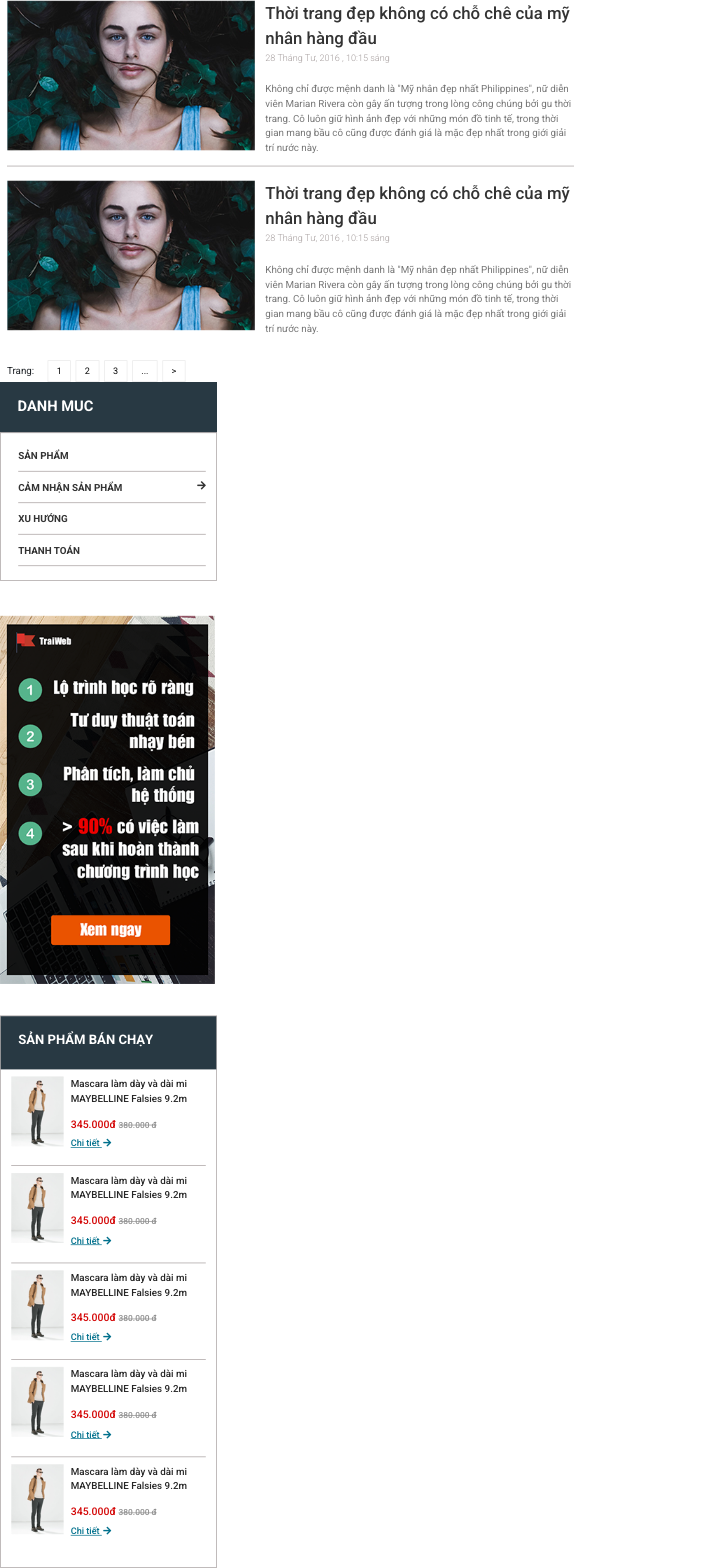
Repository: vinhtk0209/Vietsoz-reponsive
Page: index.html
An editor plug-in stored every save of this project. The page is shown before and after the next save, followed by the edit.
The browser window is 1024 px wide. The pictures show the part of the page from y = 1754 to 3994 px (the page is 3994 px tall before and 3440 px after), at 70% of full size.

Above is the page before, as saved 2021-10-23 18:06:40.

### index.html
<!DOCTYPE html>
<html lang="en">
  <head>
    <meta charset="UTF-8" />
    <meta http-equiv="X-UA-Compatible" content="IE=edge" />
    <meta name="viewport" content="width=device-width, initial-scale=1.0" />
    <link rel="stylesheet" href="assets/css/reset.css" />
    <link rel="stylesheet" href="assets/css/global.css" />
    <link rel="stylesheet" href="assets/css/main.css" />
    <link rel="stylesheet" href="assets/fontawesome/css/all.css" />
    <link rel="stylesheet" href="assets/css/reponsive.css" />
    <link rel="preconnect" href="https://fonts.googleapis.com" />
    <link rel="preconnect" href="https://fonts.gstatic.com" crossorigin />
    <link
      href="https://fonts.googleapis.com/css2?family=Roboto:ital,wght@0,100;0,300;0,400;0,500;0,700;0,900;1,100;1,300;1,400;1,500;1,700;1,900&display=swap"
      rel="stylesheet"
    />
    <link rel="preconnect" href="https://fonts.googleapis.com" />
    <link rel="preconnect" href="https://fonts.gstatic.com" crossorigin />
    <link
      href="https://fonts.googleapis.com/css2?family=Roboto+Condensed:ital,wght@0,300;0,400;0,700;1,300;1,400;1,700&display=swap"
      rel="stylesheet"
    />
    <div id="fb-root"></div>
    <script
      async
      defer
      crossorigin="anonymous"
      src="https://connect.facebook.net/vi_VN/sdk.js#xfbml=1&version=v11.0"
      nonce="ecJjSUD8"
    ></script>
    <script
      src="https://code.jquery.com/jquery-3.6.0.js"
      integrity="sha256-H+K7U5CnXl1h5ywQfKtSj8PCmoN9aaq30gDh27Xc0jk="
      crossorigin="anonymous"
    ></script>
    <title>VIESOZ</title>
  </head>

  <body>
    <!-- wrapper starts -->
    <div class="wrapper">
      <!-- header starts -->
      <header class="header">
        <div class="container">
          <div
            class="wp-header-top d-flex align-i-center justify-content-between"
          >
            <div class="header-banner">
              <img src="assets/images/logo.png" alt="" />
            </div>
            <nav class="header-main-menu">
              <ul class="d-flex main-menu">
                <li><a href="">trang chủ</a></li>
                <li><a href="">về chúng tôi</a></li>
                <li class="product-have-menu">
                  <a href=""
                    >sản phẩm
                    <span class="arrow-down"
                      ><i class="fas fa-chevron-down"></i></span
                  ></a>
                </li>

                <li><a href="">xu hướng</a></li>
                <li><a href="">thanh toán</a></li>
                <li><a href="">liên hệ</a></li>
              </ul>
            </nav>
            <nav class="header-main-menu reponsive">
              <ul class="main-menu sub">
                <li><a href="">trang chủ</a></li>
                <li><a href="">về chúng tôi</a></li>
                <li class="product-have-menu">
                  <a href="">sản phẩm </a>
                </li>

                <li><a href="">xu hướng</a></li>
                <li><a href="">thanh toán</a></li>
                <li><a href="">liên hệ</a></li>
              </ul>
            </nav>
            <ul class="icon-menu d-flex">
              <li>
                <a href=""
                  ><span class="search"><i class="fas fa-search"></i></span
                ></a>
              </li>
              <li>
                <a href="" class="shopping-cart"
                  ><span class="icon-cart"
                    ><i class="fas fa-shopping-bag"></i></span
                ></a>
              </li>
            </ul>
            <div class="nav-bar">
              <i class="fas fa-bars"></i>
            </div>
          </div>
        </div>
        <div class="wp-head-extra-menu">
          <ul class="list-menu-header-extra d-flex container">
            <li>
              <a href="">
                <span class="home-icon">
                  <i class="fas fa-home"></i>
                </span>
              </a>
            </li>

            <li class="home-text">
              <a href="">trang chủ</a>
            </li>
            <li>
              <a href="">
                <span class="arrow-righ">
                  <i class="fas fa-arrow-right"></i>
                </span>
              </a>
            </li>
            <li class="trend">
              <a href="">Xu hướng</a>
            </li>
          </ul>
        </div>
      </header>
      <!-- header ends -->

      <!-- content starts -->
      <div id="content">
        <!-- wp-content starts -->
        <div class="container d-flex justify-content-between box-content">
          <div class="wp-content-news">
            <ul class="list-news">
              <li>
                <div class="image-news">
                  <a href="">
                    <img src="assets/images/photo-92222.png" alt="" />
                  </a>
                </div>
                <div class="more-info">
                  <a href="" class="title"
                    >Thời trang đẹp không có chỗ chê của mỹ nhân hàng đầu
                  </a>
                  <p class="date">28 Tháng Tư, 2016 , 10:15 sáng</p>
                  <p class="content">
                    Không chỉ được mệnh danh là "Mỹ nhân đẹp nhất Philippines",
                    nữ diễn viên Marian Rivera còn gây ấn tượng trong lòng công
                    chúng bởi gu thời trang. Cô luôn giữ hình ảnh đẹp với những
                    món đồ tinh tế, trong thời gian mang bầu cô cũng được đánh
                    giá là mặc đẹp nhất trong giới giải trí nước này.
                  </p>
                </div>
              </li>
              <li>
                <div class="image-news">
                  <a href="">
                    <img src="assets/images/photo-92222.png" alt="" />
                  </a>
                </div>
                <div class="more-info">
                  <a href="" class="title"
                    >Thời trang đẹp không có chỗ chê của mỹ nhân hàng đầu
                  </a>
                  <p class="date">28 Tháng Tư, 2016 , 10:15 sáng</p>
                  <p class="content">
                    Không chỉ được mệnh danh là "Mỹ nhân đẹp nhất Philippines",
                    nữ diễn viên Marian Rivera còn gây ấn tượng trong lòng công
                    chúng bởi gu thời trang. Cô luôn giữ hình ảnh đẹp với những
                    món đồ tinh tế, trong thời gian mang bầu cô cũng được đánh
                    giá là mặc đẹp nhất trong giới giải trí nước này.
                  </p>
                </div>
              </li>
              <li>
                <div class="image-news">
                  <a href="">
                    <img src="assets/images/photo-92222.png" alt="" />
                  </a>
                </div>
                <div class="more-info">
                  <a href="" class="title"
                    >Thời trang đẹp không có chỗ chê của mỹ nhân hàng đầu
                  </a>
                  <p class="date">28 Tháng Tư, 2016 , 10:15 sáng</p>
                  <p class="content">
                    Không chỉ được mệnh danh là "Mỹ nhân đẹp nhất Philippines",
                    nữ diễn viên Marian Rivera còn gây ấn tượng trong lòng công
                    chúng bởi gu thời trang. Cô luôn giữ hình ảnh đẹp với những
                    món đồ tinh tế, trong thời gian mang bầu cô cũng được đánh
                    giá là mặc đẹp nhất trong giới giải trí nước này.
                  </p>
                </div>
              </li>
              <li>
                <div class="image-news">
                  <a href="">
                    <img src="assets/images/photo-92222.png" alt="" />
                  </a>
                </div>
                <div class="more-info">
                  <a href="" class="title"
                    >Thời trang đẹp không có chỗ chê của mỹ nhân hàng đầu
                  </a>
                  <p class="date">28 Tháng Tư, 2016 , 10:15 sáng</p>
                  <p class="content">
                    Không chỉ được mệnh danh là "Mỹ nhân đẹp nhất Philippines",
                    nữ diễn viên Marian Rivera còn gây ấn tượng trong lòng công
                    chúng bởi gu thời trang. Cô luôn giữ hình ảnh đẹp với những
                    món đồ tinh tế, trong thời gian mang bầu cô cũng được đánh
                    giá là mặc đẹp nhất trong giới giải trí nước này.
                  </p>
                </div>
              </li>
              <li>
                <div class="image-news">
                  <a href="">
                    <img src="assets/images/photo-92222.png" alt="" />
                  </a>
                </div>
                <div class="more-info">
                  <a href="" class="title"
                    >Thời trang đẹp không có chỗ chê của mỹ nhân hàng đầu
                  </a>
                  <p class="date">28 Tháng Tư, 2016 , 10:15 sáng</p>
                  <p class="content">
                    Không chỉ được mệnh danh là "Mỹ nhân đẹp nhất Philippines",
                    nữ diễn viên Marian Rivera còn gây ấn tượng trong lòng công
                    chúng bởi gu thời trang. Cô luôn giữ hình ảnh đẹp với những
                    món đồ tinh tế, trong thời gian mang bầu cô cũng được đánh
                    giá là mặc đẹp nhất trong giới giải trí nước này.
                  </p>
                </div>
              </li>
              <li>
                <div class="image-news">
                  <a href="">
                    <img src="assets/images/photo-92222.png" alt="" />
                  </a>
                </div>
                <div class="more-info">
                  <a href="" class="title"
                    >Thời trang đẹp không có chỗ chê của mỹ nhân hàng đầu
                  </a>
                  <p class="date">28 Tháng Tư, 2016 , 10:15 sáng</p>
                  <p class="content">
                    Không chỉ được mệnh danh là "Mỹ nhân đẹp nhất Philippines",
                    nữ diễn viên Marian Rivera còn gây ấn tượng trong lòng công
                    chúng bởi gu thời trang. Cô luôn giữ hình ảnh đẹp với những
                    món đồ tinh tế, trong thời gian mang bầu cô cũng được đánh
                    giá là mặc đẹp nhất trong giới giải trí nước này.
                  </p>
                </div>
              </li>
              <li>
                <div class="image-news">
                  <a href="">
                    <img src="assets/images/photo-92222.png" alt="" />
                  </a>
                </div>
                <div class="more-info">
                  <a href="" class="title"
                    >Thời trang đẹp không có chỗ chê của mỹ nhân hàng đầu
                  </a>
                  <p class="date">28 Tháng Tư, 2016 , 10:15 sáng</p>
                  <p class="content">
                    Không chỉ được mệnh danh là "Mỹ nhân đẹp nhất Philippines",
                    nữ diễn viên Marian Rivera còn gây ấn tượng trong lòng công
                    chúng bởi gu thời trang. Cô luôn giữ hình ảnh đẹp với những
                    món đồ tinh tế, trong thời gian mang bầu cô cũng được đánh
                    giá là mặc đẹp nhất trong giới giải trí nước này.
                  </p>
                </div>
              </li>
              <li>
                <div class="image-news">
                  <a href="">
                    <img src="assets/images/photo-92222.png" alt="" />
                  </a>
                </div>
                <div class="more-info">
                  <a href="" class="title"
                    >Thời trang đẹp không có chỗ chê của mỹ nhân hàng đầu
                  </a>
                  <p class="date">28 Tháng Tư, 2016 , 10:15 sáng</p>
                  <p class="content">
                    Không chỉ được mệnh danh là "Mỹ nhân đẹp nhất Philippines",
                    nữ diễn viên Marian Rivera còn gây ấn tượng trong lòng công
                    chúng bởi gu thời trang. Cô luôn giữ hình ảnh đẹp với những
                    món đồ tinh tế, trong thời gian mang bầu cô cũng được đánh
                    giá là mặc đẹp nhất trong giới giải trí nước này.
                  </p>
                </div>
              </li>
            </ul>
            <!-- num pages starts -->
            <div class="nums-page">
              <ul class="pages-num d-flex align-i-center">
                <li>trang:</li>
                <li><a href="">1</a></li>
                <li><a href="">2</a></li>
                <li><a href="">3</a></li>
                <li><a href="">...</a></li>
                <li><a href="">></a></li>
              </ul>
            </div>
            <!-- num pages ends -->
        </div>
        <!-- wp-content ends -->

        <!-- sidebar starts -->
        <div class="wp-content-list-caterory">
          <div class="box-caterory">
            <div class="box-title">
              <h3>danh muc</h3>
            </div>
            <div class="box-body">
              <ul>
                <li><a href="">sản phẩm</a></li>
                <li>
                  <a href=""
                    >cảm nhận sản phẩm
                    <span class="arrow-right"
                      ><i class="fas fa-arrow-right"></i></span
                  ></a>
                </li>
                <li><a href="">xu hướng</a></li>
                <li><a href="">thanh toán</a></li>
              </ul>
            </div>
          </div>
          <div class="box-banner">
            <a href="">
              <img src="assets/images/banner-02.png" alt="" />
            </a>
          </div>
          <div class="list-product">
            <div class="box-product">
              <div class="box-title">
                <h3>sản phẩm bán chạy</h3>
              </div>
              <div class="box-body">
                <ul>
                  <li>
                    <div class="image-product">
                      <a href="">
                        <img src="assets/images/Layer_9_copy.png" alt="" />
                      </a>
                    </div>
                    <div class="info-product">
                      <a href="" class="title">
                        Mascara làm dày và dài mi MAYBELLINE Falsies 9.2m
                      </a>
                      <p class="price">
                        345.000đ
                        <span class="discount"><del>380.000 đ</del></span>
                      </p>

                      <a href="" class="details"
                        >Chi tiết
                        <span class="buy-arrow-right"
                          ><i class="fas fa-arrow-right"></i></span
                      ></a>
                    </div>
                  </li>
                  <li>
                    <div class="image-product">
                      <a href="">
                        <img src="assets/images/Layer_9_copy.png" alt="" />
                      </a>
                    </div>
                    <div class="info-product">
                      <a href="" class="title">
                        Mascara làm dày và dài mi MAYBELLINE Falsies 9.2m
                      </a>
                      <p class="price">
                        345.000đ
                        <span class="discount"><del>380.000 đ</del></span>
                      </p>

                      <a href="" class="details"
                        >Chi tiết
                        <span class="buy-arrow-right"
                          ><i class="fas fa-arrow-right"></i></span
                      ></a>
                    </div>
                  </li>
                  <li>
                    <div class="image-product">
                      <a href="">
                        <img src="assets/images/Layer_9_copy.png" alt="" />
                      </a>
                    </div>
                    <div class="info-product">
                      <a href="" class="title">
                        Mascara làm dày và dài mi MAYBELLINE Falsies 9.2m
                      </a>
                      <p class="price">
                        345.000đ
                        <span class="discount"><del>380.000 đ</del></span>
                      </p>

                      <a href="" class="details"
                        >Chi tiết
                        <span class="buy-arrow-right"
                          ><i class="fas fa-arrow-right"></i></span
                      ></a>
                    </div>
                  </li>
                  <li>
                    <div class="image-product">
                      <a href="">
                        <img src="assets/images/Layer_9_copy.png" alt="" />
                      </a>
                    </div>
                    <div class="info-product">
                      <a href="" class="title">
                        Mascara làm dày và dài mi MAYBELLINE Falsies 9.2m
                      </a>
                      <p class="price">
                        345.000đ
                        <span class="discount"><del>380.000 đ</del></span>
                      </p>

                      <a href="" class="details"
                        >Chi tiết
                        <span class="buy-arrow-right"
                          ><i class="fas fa-arrow-right"></i></span
                      ></a>
                    </div>
                  </li>
                  <li>
                    <div class="image-product">
                      <a href="">
                        <img src="assets/images/Layer_9_copy.png" alt="" />
                      </a>
                    </div>
                    <div class="info-product">
                      <a href="" class="title">
                        Mascara làm dày và dài mi MAYBELLINE Falsies 9.2m
                      </a>
                      <p class="price">
                        345.000đ
                        <span class="discount"><del>380.000 đ</del></span>
                      </p>

                      <a href="" class="details"
                        >Chi tiết
                        <span class="buy-arrow-right"
                          ><i class="fas fa-arrow-right"></i></span
                      ></a>
                    </div>
                  </li>
                </ul>
              </div>
            </div>
          </div>
        </div>
      </div>
        <!-- sidebar ends -->
      </div>

      <!-- content ends -->
    </div>
    <!-- wrapper ends -->
    <script src="assets/js/main.js"></script>
  </body>
</html>

### assets/css/global.css
/* .text-center{
    text-align: center;
}
.text-left{
    text-align: left;
}
.text-right{
    text-align: right;
}
.float-left{
    float:left;

}
.float-right{
    float:right;
}
.container{
    width:1150px;
    margin:0px auto;


}
.flex-space{
    display:flex;
    justify-content:space-between;
}
.align-i-center{
    align-items: center;
}
.mg-top-30{
    margin-top: 30px;
}
.mg-top-22{
    margin-top: 22px;
}
.d-flex{
    display:flex;
}
.bg-black{

    background-color: #131619;
}
.pt-10{
    padding-top: 10px;
} */
.container {
    max-width: 1200px;

    margin: 0px auto;
    /* display:flex; */

}

.justify-content-between {
    justify-content: space-between;
}

.d-flex {
    display: flex;
}

.jus-between {
    justify-content: space-between;
}

.align-i-center {
    align-items: center;
}

.mg-bottom-80 {
    margin-bottom: 80px;
}

.fl-basics-30 {
    flex-basis: 30%;
}

.pd-top-40 {
    padding-top: 40px;
}
.pd-top-10{
    padding-top:10px;
}
.text-center {
    text-align: center;
}

### assets/css/reponsive.css
@media screen and (max-width: 1180px) {
  #content .box-content{
      flex-direction: column;
  }
  .wp-content-list-cateror{
      display: flex;

  }
}


@media screen and (max-width: 1040px) {
    nav.header-main-menu{
        display: none;
    }
    .nav-bar{
        display: block;
    }
}
@media screen and (max-width: 768px) {
    .wp-content-news ul.list-news li .more-info p.content,
    .wp-content-news ul.list-news li .more-info p.date{
        display:none;
    }

}
@media screen and (max-width: 530px) {
    .wp-content-news ul.list-news li{
        flex-direction: column;
    }
    .wp-content-news ul.list-news li .more-info{
        padding-right: 120px;
        padding-left: 5px;
    }

}
@media screen and (max-width: 450px) {
    .wp-content-news ul.list-news li .more-info a.title{
        font-size: 15px;
    }

}

Loaded but not shown: assets/fontawesome/css/all.css (library); assets/js/main.js (5 lines, source omitted); assets/css/main.css (436 lines, source omitted); assets/css/reset.css (349 lines, source omitted)

After the next save:
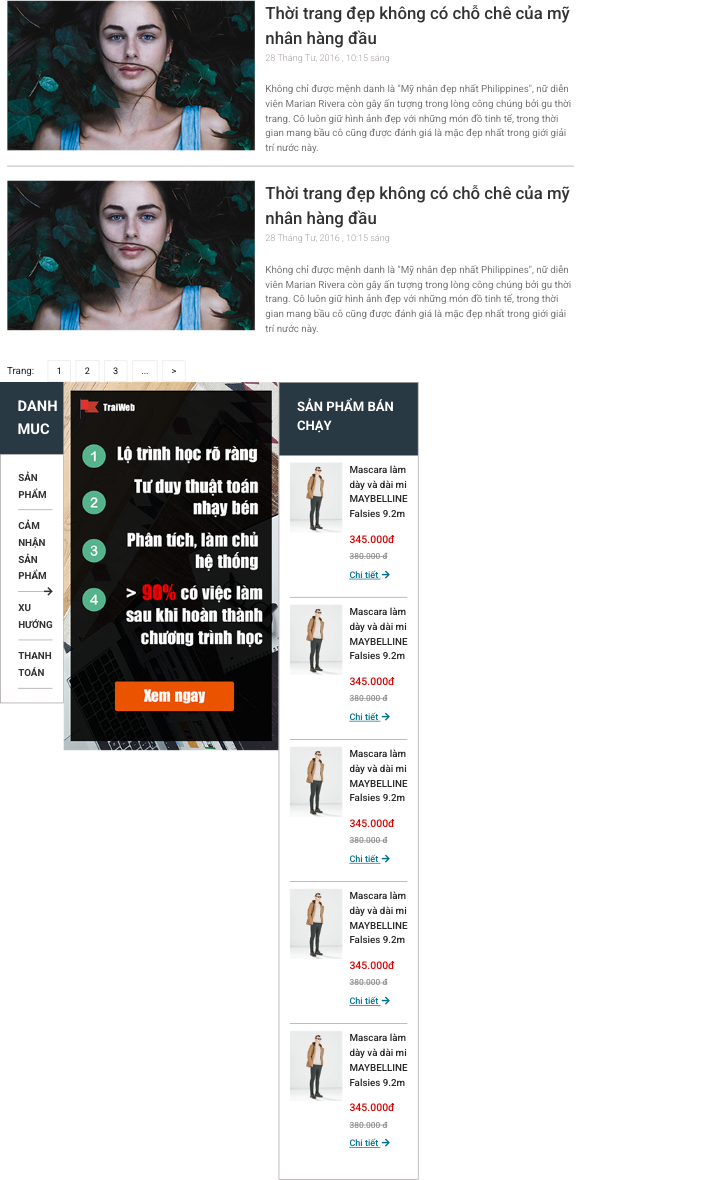
Saved 9 s later.
--- a/assets/css/reponsive.css
+++ b/assets/css/reponsive.css
@@ -2,7 +2,7 @@
   #content .box-content{
       flex-direction: column;
   }
-  .wp-content-list-cateror{
+  .wp-content-list-caterory{
       display: flex;
 
   }
